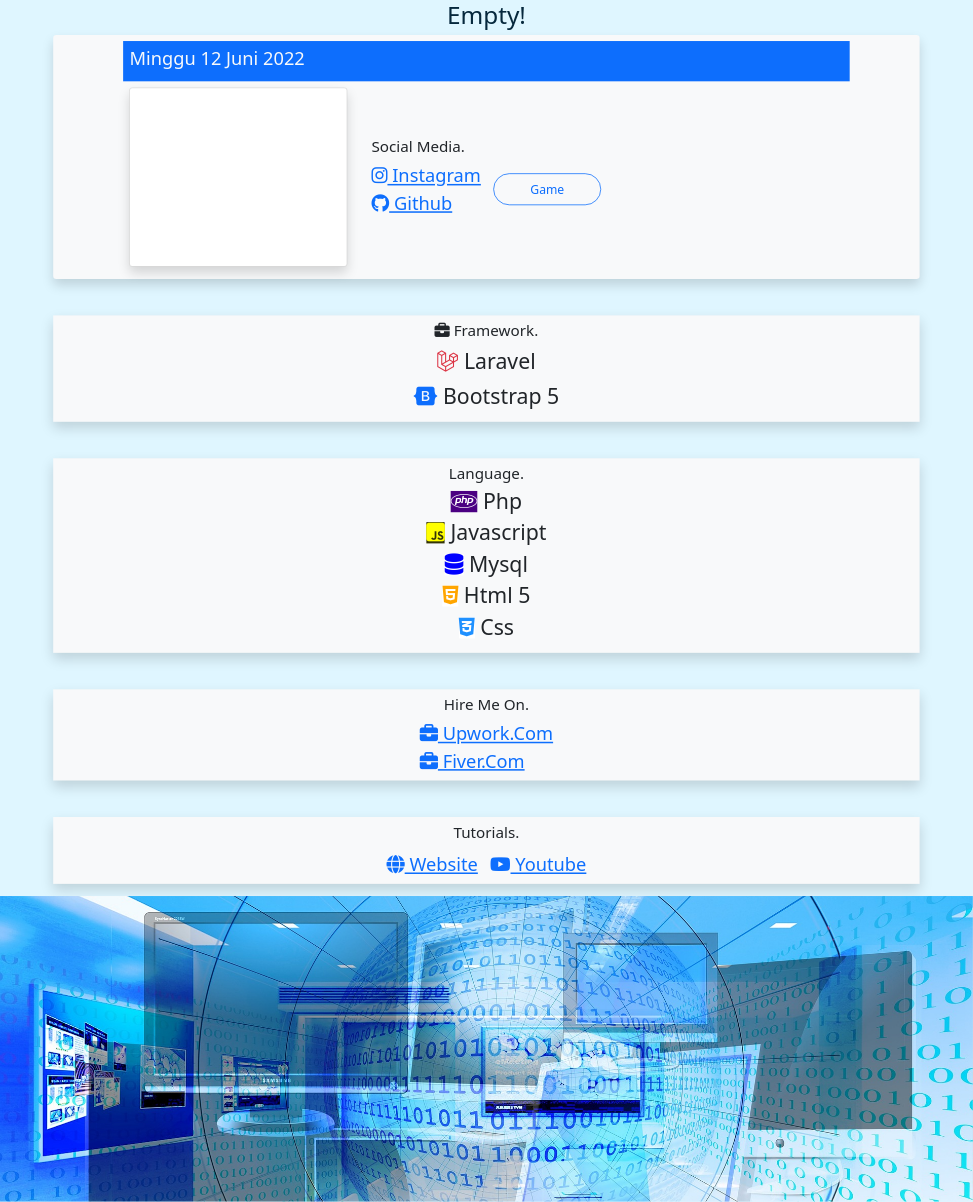
Repository: initer3737/initer3737.github.io
Page: index.html
The author's editor kept a copy of each file at every save. The page is drawn from the files as they stood at one save, then again after a run of saves.
The browser window is 1280 px wide. The pictures show the whole page, at 76% of full size.
Pictures or frames that could not be fetched are drawn as grey boxes. Some web libraries are served in a nearby version.

Above is the page before, as saved 2022-06-12 08:04:03.
Console error: TypeError: Cannot set properties of null (setting 'innerHTML')

### index.html
<!DOCTYPE html>
<html lang="en">
<head>
    <meta charset="UTF-8">
    <meta http-equiv="X-UA-Compatible" content="IE=edge">
    <meta name="viewport" content="width=device-width, initial-scale=1.0">
    <title>puthut wahyu aji</title>
    <link href="https://cdn.jsdelivr.net/npm/bootstrap@5.0.2/dist/css/bootstrap.min.css" rel="stylesheet" integrity="sha384-EVSTQN3/azprG1Anm3QDgpJLIm9Nao0Yz1ztcQTwFspd3yD65VohhpuuCOmLASjC" crossorigin="anonymous">
    <script src="https://kit.fontawesome.com/7bb1ae10af.js" crossorigin="anonymous"></script>

    <link rel="stylesheet" href="css/style.css">
</head>
<body class="bg-1">
    <header class=" bg-1">
       <div class="row">
           <h2 class="color-4">empty!</h2>
       </div>
    </header>
    <div class="container bg-light shadow rounded  d-flex flex-column gap-4 justify-content-center align-content-center align-items-center p-2">
        <div class="row d-flex align-content-center align-items-center">
            <div class="col-12">
               <div class="bg-primary text-capitalize d-flex justify-content-between">
                <p id="fulldate" class="h4 text-light p-2"></p>
                <p id="jam" class="h4 text-light p-2"></p>
               </div>
            </div>
            <div class="col-10 col-md-5 col-lg-4">
               <div class="card shadow m-2 p-1 position-relative">
                <video src="img/Earth - 4788.mp4" loop muted autoplay class="w-100 rounded-pill py-5 px-2"></video>
                <div class="filter2"></div>
               </div>
            </div>
            <div class="col-10 col-md-9 col-lg-8">
               <h5 class="text-capitalize">social media.</h5>
               <div class="d-flex flex-row align-content-center align-items-center gap-3">
                <div class="d-flex flex-column fs-4">
                    <a href="https://www.instagram.com/puthutwahyuaji/" target="_blank" class="text-capitalize"><i class="fa-brands fa-instagram"></i> instagram</a>
                    <!-- <a href="https://www.facebook.com/puthut.wahyuaji.94/" target="_blank" class="text-capitalize"><i class="fa-brands fa-facebook"></i> facebook</a>
                    <a href="https://twitter.com/puthut_wahkyu" target="_blank" class="text-capitalize"><i class="fa-brands fa-twitter"></i> twitter</a> -->
                    <!-- <a href="https://www.sololearn.com/profile/22926925" target="_blank" class="text-capitalize"><i class="fa-solid fa-globe"></i> sololearn</a> -->
                    <!-- <a href="https://www.duolingo.com/profile/PUTHUTWAHY" target="_blank" class="text-capitalize"><i class="fa-solid fa-globe"></i> duolingo</a> -->
                    <a href="https://github.com/initer3737" target="_blank" class="text-capitalize"><i class="fa-brands fa-github"></i> github</a>
                </div>
                <div class=""><a href="game.html" class="btn btn-outline-primary rounded-pill px-5 py-2">Game</a></div>
            </div>
            </div>
        </div>
    </div>
    <!-- https://www.fiverr.com/share/lYqN8j -->
    <div class="container bg-light shadow mt-5 d-flex flex-column gap-1 justify-content-center align-content-center align-items-center p-2">
        <h5><i class="fa-solid fa-briefcase"></i> framework.</h5>
            <h3><i class="fa-brands fa-laravel text-danger"></i> laravel</h3>
            <h3><i class="fa-brands fa-bootstrap text-primary"></i> bootstrap 5</h3>
        </div>
    </div>

    <div class="container bg-light shadow mt-5 d-flex flex-column  justify-content-center align-content-center align-items-center p-2">
        <h5>language.</h5>
            <h3><i class="fa-brands fa-php php"></i> php</h3>
            <h3><i class="fa-brands fa-js-square javascript"></i> javascript</h3>
            <h3><i class="fa-solid fa-database mysql"></i> mysql</h3>
            <h3><i class="fa-brands fa-html5 html"></i> html 5</h3>
            <h3><i class="fa-brands fa-css3-alt css"></i> css</h3>
        </div>

        <div class="container bg-light shadow mt-5 d-flex flex-column  justify-content-center align-content-center align-items-center p-2">
            <h5 class="capitalize">Hire me on.</h5>
            <div class="d-flex flex-column fs-4">
                <a href="https://www.upwork.com/workwith/puthutwahyuaji" target="_blank"><i class="fa-solid fa-briefcase"></i> upwork.com</a>
                <a href="https://www.fiverr.com/share/lYqN8j" target="_blank"><i class="fa-solid fa-briefcase"></i> fiver.com</a>
            </div>
            </div>

    </div>

    <div class="container bg-light shadow mt-5 d-flex flex-column gap-1 justify-content-center align-content-center align-items-center p-2">
        <h5>tutorials.</h5>
        <div class="fs-4 d-flex gap-3">
            <a href="https://initer3737.github.io/course/html/pages/course.html" target="_blank"><i class="fa-solid fa-globe"></i> website</a>
            <a href="https://www.youtube.com/channel/UClsfa0LkA3_YMsFjW1M__sw" target="_blank"><i class="fa-brands fa-youtube"></i> youtube</a>
        </div>
    </div>

    <footer class="mt-3 text-light">
       <div class="col-12">
        <img src="img/banner-909710_1920.jpg" class="img-fluid" alt="">
       </div>
    </footer>
    <script src="https://cdn.jsdelivr.net/npm/bootstrap@5.0.2/dist/js/bootstrap.bundle.min.js" integrity="sha384-MrcW6ZMFYlzcLA8Nl+NtUVF0sA7MsXsP1UyJoMp4YLEuNSfAP+JcXn/tWtIaxVXM" crossorigin="anonymous"></script>
</body>
</html>

<script>
    function Years() {
        $date=new Date();
        let t=document.getElementById('year');
        t.innerHTML=`${$date.getFullYear()} - ${$date.getFullYear()+5}`;
    }
    function Jam(){
        let T=document.getElementById('jam');
        let time=new Date();let hour;let minuets;let second;let statusTime;
        hour=validateTime(time.getHours());minuets=validateTime(time.getMinutes());second=validateTime(time.getSeconds());statusTime=()=>{
            if(hour > 00 &&hour < 11 ){
                status="pagi";
            }else if(hour >11 && hour < 15){
                status="siang";
            }else if(hour > 15 && hour < 18 ){
                status="sore";
            }else{
                status="malam";
            }

            return status;
        };
        T.innerHTML=`${hour}:${minuets}:${second} : ${statusTime()}`;
        setTimeout('Jam()',1000);
    }
    function Tanggal(){
        let t=document.getElementById("fulldate");
        let time=new Date();
        let hari;let bulan;let tanggal;let tahun;let hariAngka=time.getDate();
        tahun=time.getFullYear();bulan=time.getMonth();hari=time.getDay();
        let data={
            hari:["minggu","senin","selasa","rabu","kamis","jum'at","sabtu"],
            bulan:["januari","february","maret","april","mei","juni","juli","agustus","september","oktober","november","desember"]
        };
         t.innerHTML=`${data.hari[hari]}  ${hariAngka}  ${data.bulan[bulan]}  ${tahun}`;
    }
    const validateTime=(T)=>T<10 ?'0'+T:T;

    const initialize=()=>{
                Tanggal();
                Years();
                Jam();
            }

            initialize();
</script>

### css/style.css
*{
    text-transform: capitalize;
   cursor: url(https://ani.cursors-4u.net/cursors/cur-13/cur1162.ani), url(https://ani.cursors-4u.net/cursors/cur-13/cur1162.png), auto !important;
}
body{
    cursor: url('img/cursor.jpeg'),auto;
    /* background-color: #ddd; */
}
a:hover{
    transition:ease-in-out 0.5s;
    color: blueviolet;
    text-decoration: none;
}
.css{
    color: dodgerblue;
    background-color:white ;
}
.html{
    color: orange;
    background-color: white;
}
.mysql{
    background-color:white ;
    color: blue;
}
.javascript{
    background-color:rgb(51, 51, 9) ;
    color: yellow;
}
.php{
    background-color:indigo ;
    color: white;
}
header{
    /* height: 90vh; */
    display: flex;
    align-items: center;
    align-content: center;
    justify-content: center;
}
.filter{
    background-color: dodgerblue;
    opacity: 0.6;
    height: 100%;
    top: 0;
    width: 100%;
    position: absolute;
}
.text-container{
    z-index: 999;
}
.card:hover{
    /* border-color: dodgerblue; */
    background-color: dodgerblue;
    transform: perspective(12px);
    cursor: pointer;
}
.gambar{
    background-image: #000;
}

/*color pallete*/
.color-1{
    color:#DFF6FF;
}
.bg-1{
    background-color:#DFF6FF;
}

.color-2{
    color:#47B5FF;
}
.bg-2{
    background-color:#47B5FF;
}

.color-3{
    color:#1363DF;
}
.bg-3{
    background-color:#1363DF;
}

.color-4{
    color:#06283D;
}
.bg-4{
    background-color:#06283D;
}

After the next 2 saves:
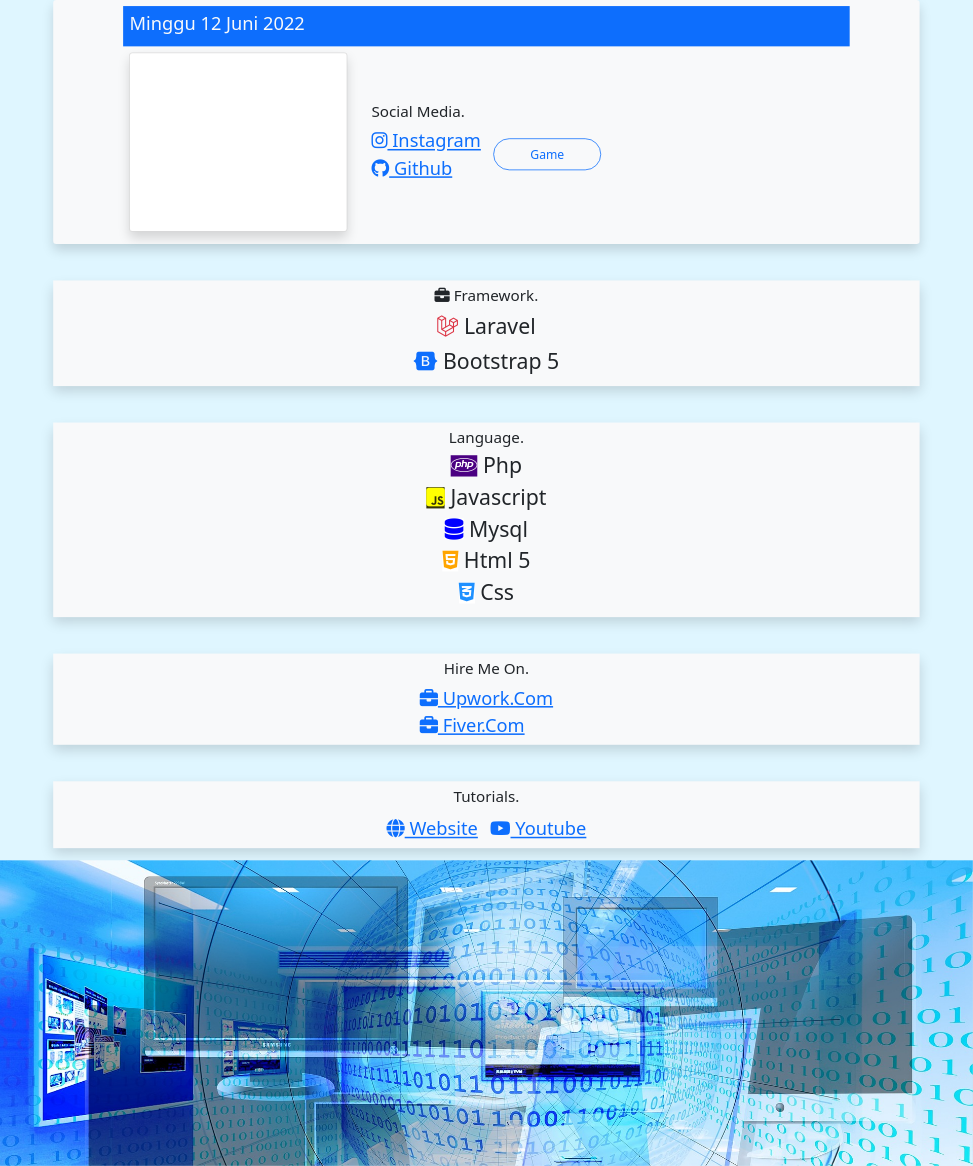
The 2 saves are shown as one change because they came seconds apart.
The last was saved 75 s later.
--- a/index.html
+++ b/index.html
@@ -13,7 +13,7 @@
 <body class="bg-1">
     <header class=" bg-1">
        <div class="row">
-           <h2 class="color-4">empty!</h2>
+         <img src="" alt="" srcset="">
        </div>
     </header>
     <div class="container bg-light shadow rounded  d-flex flex-column gap-4 justify-content-center align-content-center align-items-center p-2">
